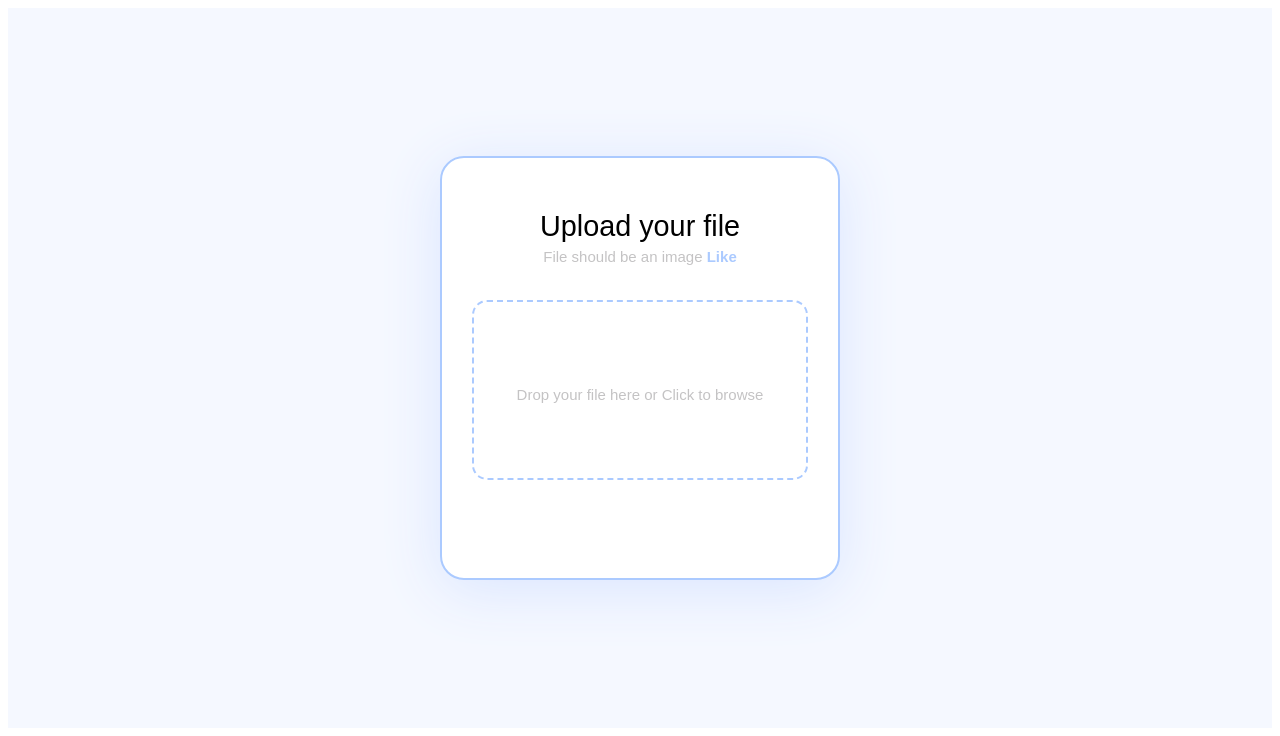
Repository: ThuongDuy/Phan_loai_anh
Page: hcsdlpt/index.html
An editor plug-in stored every save of this project. The page is shown before and after the next save, followed by the edit.
The browser window is 1280 px wide. The pictures show the whole page.

Above is the page before, as saved 2023-06-01 17:31:26.

After the next save:
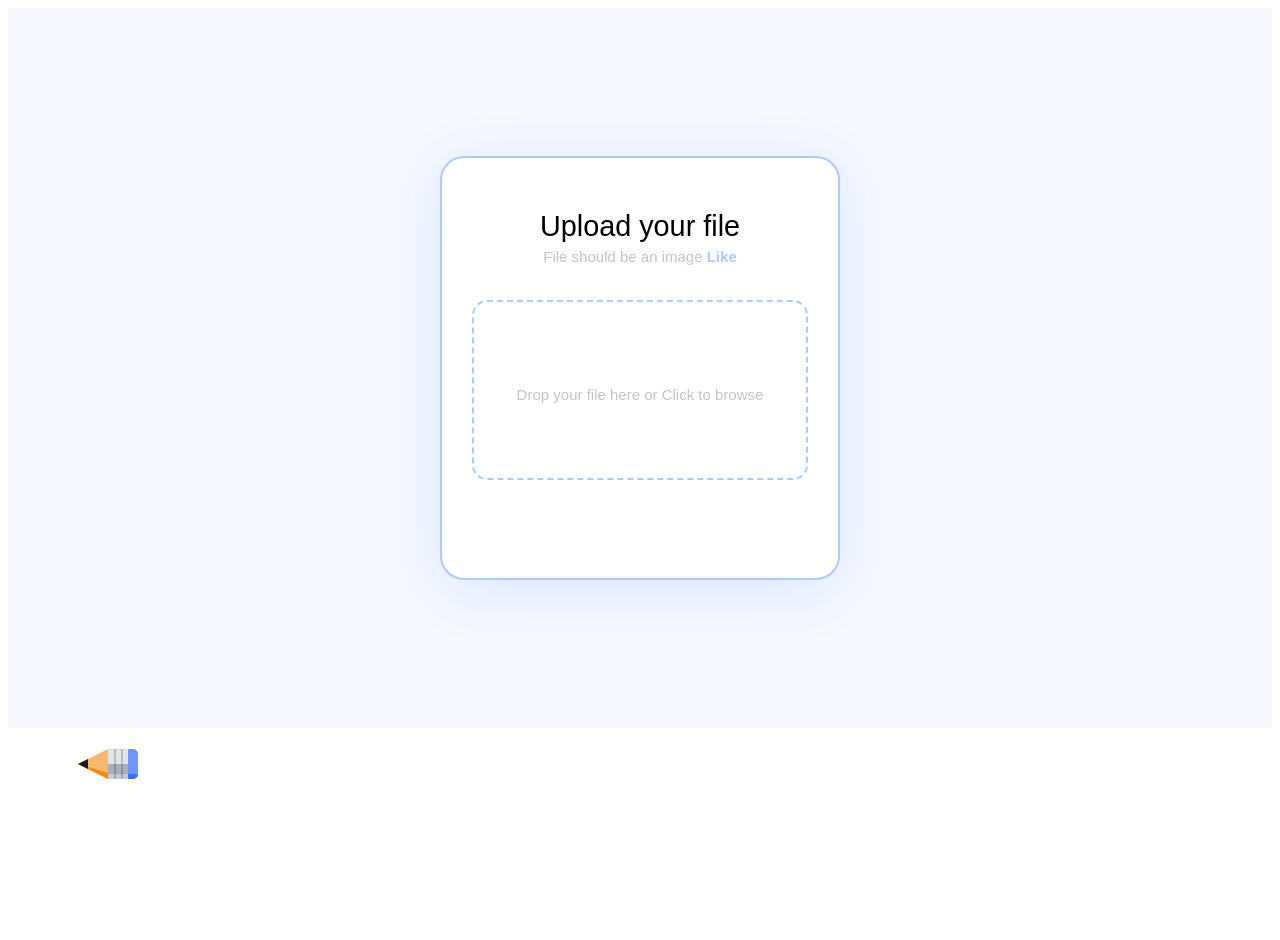
Saved 7 s later.
--- a/hcsdlpt/index.html
+++ b/hcsdlpt/index.html
@@ -65,7 +65,7 @@
 
 
     <!-- <div class="loader" id="loader"> -->
-    <!-- <svg class="pencil" viewBox="0 0 200 200" width="200px" height="200px" xmlns="http://www.w3.org/2000/svg">
+    <svg class="pencil" viewBox="0 0 200 200" width="200px" height="200px" xmlns="http://www.w3.org/2000/svg">
             <defs>
                 <clipPath id="pencil-eraser">
                     <rect rx="5" ry="5" width="30" height="30"></rect>
@@ -100,7 +100,7 @@
                     <polygon fill="hsl(223,10%,10%)" points="15 0,20 10,10 10" />
                 </g>
             </g>
-        </svg> -->
+        </svg>
     <!-- <span class="dot"></span>
         <span class="dot"></span>
         <span class="dot"></span> -->
